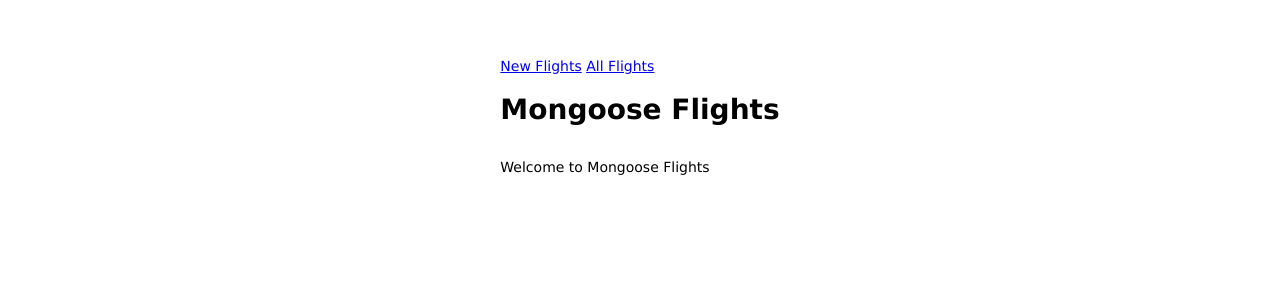
Repository: jmendoza13/mongoose-flights
Page: http://localhost/
These files come from the project's save history. The page is drawn as it stood at one moment and after the next save; the edit follows.
The browser window is 1280 px wide. The pictures show the whole page.
The page is served by the project's Node server (server.js).

Above is the page before, as saved 2022-07-18 15:59:43.

After the next save:
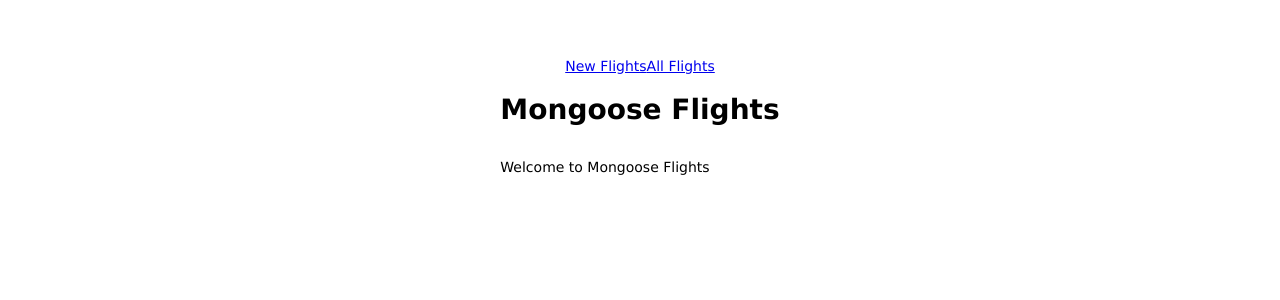
Saved 53 s later.
--- a/public/stylesheets/style.css
+++ b/public/stylesheets/style.css
@@ -9,7 +9,9 @@ body {
 
 }
 
-body > nav {
+nav {
+  display: flex;
   color: #00B7FF;
   justify-content: center;
+  align-items: center;
 }
